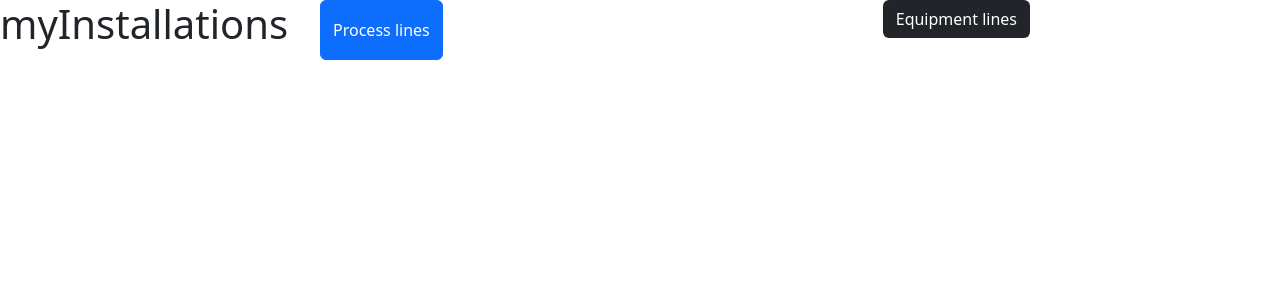
Repository: sreech465/evin3
Page: /equipment
An editor plug-in stored every save of this project. The page is shown before and after the next save, followed by the edit.
The browser window is 1280 px wide. The pictures show the whole page.
The page's requests for data from a server got no answer. The project was rebuilt for these pictures with package versions that can differ from the ones it lists, and the page was loaded fresh each time. No one was signed in, and anything a server would have sent is missing. Also part of the build but not shown: src/Login.js, src/Display.js, src/Details.js, src/CustomSearchBar.js, src/Process.js, src/Learning.js, src/ProcessDetails.js, src/EquipDetails.js.

Above is the page before, as saved 2022-10-29 08:25:35.

After the next save:
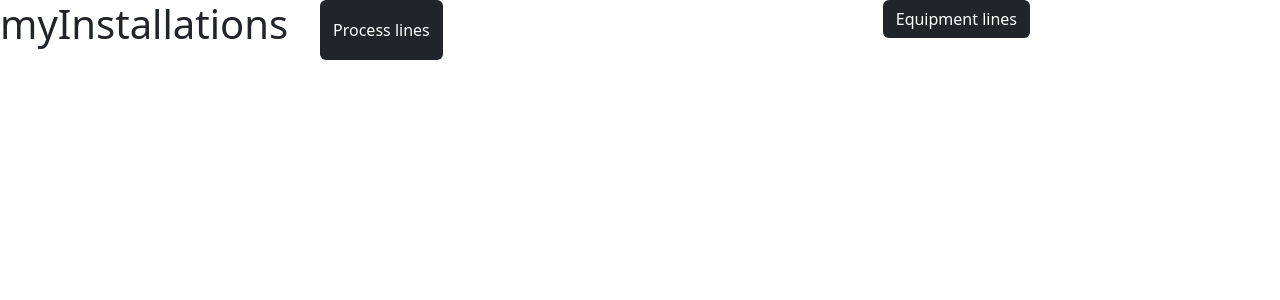
Saved 38 s later.
--- a/src/Headertabs.js
+++ b/src/Headertabs.js
@@ -17,7 +17,10 @@ const Headertabs = () => {
           >
             <li style={{ listStyleType: "none" }}>
               <Link to="/pdetails">
-                <button style={{ height: 60 }} className="btn btn-primary">
+                <button
+                  style={{ height: 60, color: "white" }}
+                  className="btn btn-text-white bg-dark"
+                >
                   Process lines
                 </button>
               </Link>
